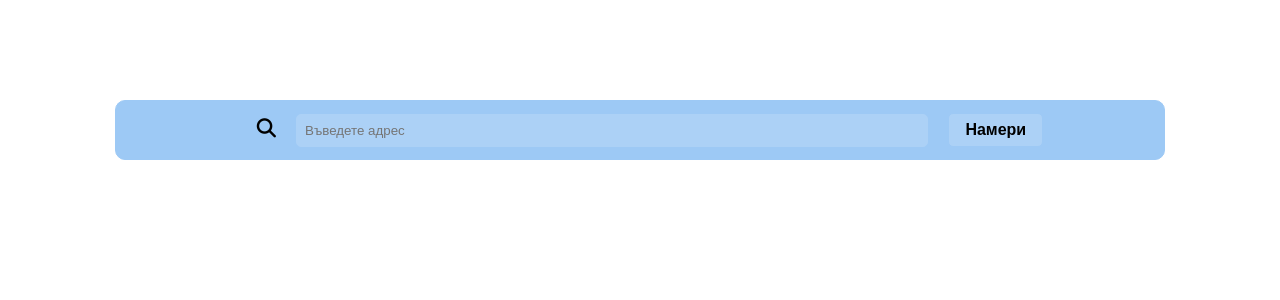
Repository: GeryZlatev/address-search
Page: /
These files come from the project's save history. The page is drawn as it stood at one moment and after the next save; the edit follows.
The browser window is 1280 px wide. The pictures show the whole page.
Some web libraries are served in a nearby version. The project was rebuilt for these pictures with package versions that can differ from the ones it lists, and the page was loaded fresh each time. Also part of the build but not shown: src/components/ResultItem/ResultItem.module.css.

Above is the page before, as saved 2021-04-09 21:59:21.

### public/index.html
<!DOCTYPE html>
<html lang="en">
  <head>
    <script src="https://kit.fontawesome.com/667fcc0939.js" crossorigin="anonymous"></script>
    <meta charset="utf-8" />
    <link rel="icon" href="%PUBLIC_URL%/favicon.ico" />
    <meta name="viewport" content="width=device-width, initial-scale=1" />
    <meta name="viewport" content="width=device-width, initial-scale=1.0">
    <meta name="theme-color" content="#000000" />
    <meta
      name="description"
      content="Web site created using create-react-app"
    />
    <link rel="apple-touch-icon" href="%PUBLIC_URL%/logo192.png" />
    <!--
      manifest.json provides metadata used when your web app is installed on a
      user's mobile device or desktop. See https://developers.google.com/web/fundamentals/web-app-manifest/
    -->
    <link rel="manifest" href="%PUBLIC_URL%/manifest.json" />
    <!--
      Notice the use of %PUBLIC_URL% in the tags above.
      It will be replaced with the URL of the `public` folder during the build.
      Only files inside the `public` folder can be referenced from the HTML.

      Unlike "/favicon.ico" or "favicon.ico", "%PUBLIC_URL%/favicon.ico" will
      work correctly both with client-side routing and a non-root public URL.
      Learn how to configure a non-root public URL by running `npm run build`.
    -->
    <title>React App</title>
  </head>
  <body>
    <noscript>You need to enable JavaScript to run this app.</noscript>
    <div id="root"></div>
    <!--
      This HTML file is a template.
      If you open it directly in the browser, you will see an empty page.

      You can add webfonts, meta tags, or analytics to this file.
      The build step will place the bundled scripts into the <body> tag.

      To begin the development, run `npm start` or `yarn start`.
      To create a production bundle, use `npm run build` or `yarn build`.
    -->
  </body>
</html>

### src/index.css

body {
margin: 100px auto;
}

code {
  font-family: source-code-pro, Menlo, Monaco, Consolas, 'Courier New',
    monospace;
}

### src/App.js

import './App.css';
import SearchBar from './components/SearchBar';

function App() {
  return (
    <div className="App">
      <SearchBar/>
    </div>
  );
}

export default App;

### src/App.css
.App {
  text-align: center;
  margin: 20px auto;

}

### src/components/SearchBar/SearchBar.js
import style from './SearchBar.module.css';
import ResultItem from '../ResultItem';

const SearchBar = () => {

    return (
        <div className={style["searchbar-wrapper"]}>
            <form className={style["search-form"]}>
                <label htmlFor="search">

                    <i class="fas fa-search"></i>
                </label>
                    <input
                    type="text"
                    autoComplete="true"
                    placeholder="Въведете адрес"
                    name="search"
                    id="search"
                    />

                <input
                    type="submit"
                    value="Намери"
                />

            </form>
            <ResultItem
            address="кв.Дианабад, ул.Самоков 15"
            city="София"/>
        </div>
    )

}

export default SearchBar;

### src/components/SearchBar/SearchBar.module.css
.searchbar-wrapper {
    max-width: 80%;
    margin: 40px auto;
    padding: 12px;
    background: #9DC9F5;
    border: 1px solid #9DC9F5;
    border-radius: 10px;

}

.search-form {
    max-width: 100%;
}

.search-form label {
    margin: 20px;
    font-size: larger;
    font-weight: bold;
    cursor: pointer;

}

.search-form input[type="text"] {
    min-width: 30%;
    width: 60%;
    min-height: 7%;
    margin-right: 20px;
    padding: 8px;
    outline: none;
    border: 1px solid #ACD1F6;
    border-radius: 5px;
    background: #ACD1F6;
}

.search-form input[type="submit"] {
    font-size: 16px;
    font-weight: bold;
    padding: 7px 16px;
    border: 1px solid #9DC9F5;
    border-radius: 5px;
    cursor: pointer;
    background: #ACD1F6;
    outline: none;
}

/* .search-form input[type="submit"]:hover {
    background: transparent;
    color: white;
} */

@media only screen and (max-width:620px) {
    .searchbar-wrapper {
    max-width: 90vh;
    padding: 20px 8px;
    background: #9DC9F5;
    opacity: 0.8;
    }

    .search-form {
    max-width: 75%;
    margin: 0px auto;
}

.search-form input[type="text"] {
    width: 100%;
    margin: 5px auto;
    /* background: #ACD1F6; */
}

.search-form input[type="submit"]  {
    display: block;
    width: 80%;
    margin: 0px auto;
    cursor: pointer;
}

.search-form input[type="submit"]:hover {
    border: 1px solid cornsilk;

}

.search-form label {
    font-size: x-large;
}
}

### src/components/ResultItem/index.js
export { default } from './ResultItem';

### src/components/ResultItem/ResultItem.js
import style from './ResultItem.module.css';

const ResultItem = (props) => {

    return (
        <div className={style["result-item-wrapper"]}>


        </div>
    )

}

export default ResultItem;

Loaded but not shown: src/index.js (common file); src/reportWebVitals.js (common file); src/components/SearchBar/index.js (common file)

After the next save:
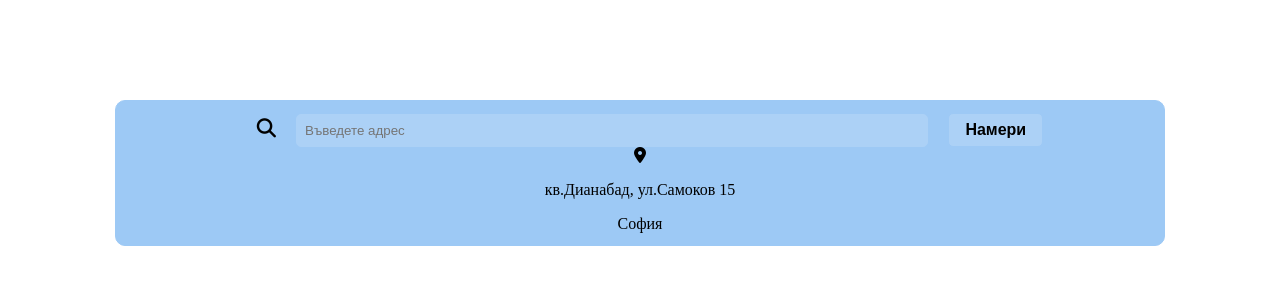
Saved 2 s later.
--- a/src/components/ResultItem/ResultItem.js
+++ b/src/components/ResultItem/ResultItem.js
@@ -4,7 +4,9 @@
 
     return (
         <div className={style["result-item-wrapper"]}>
-
+            <i class="fas fa-map-marker-alt"></i>
+            <p>{props.address}</p>
+            <span>{ props.city}</span>
 
         </div>
     )
